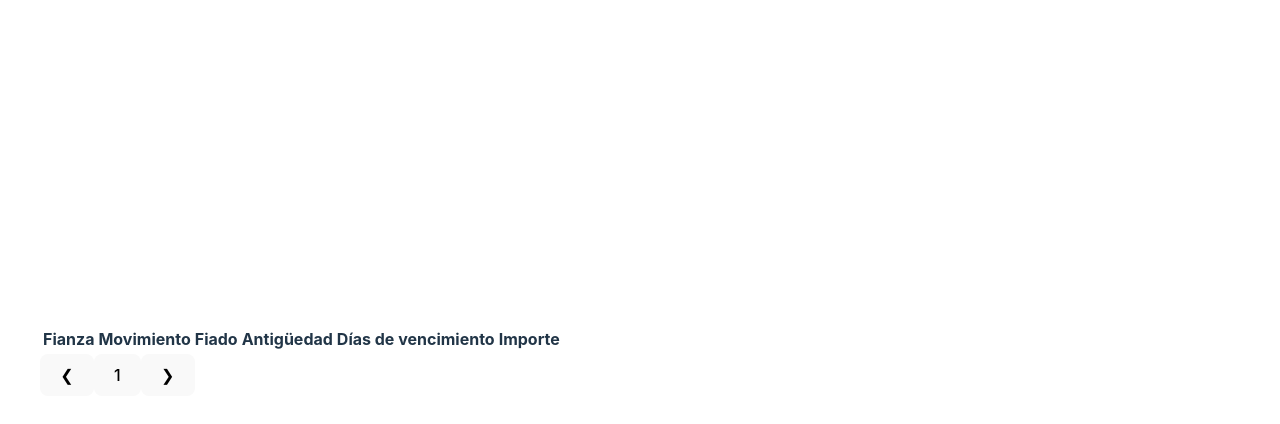
Repository: PCGP22/prueba-t-cnica-liberty-finanzas
Page: / (app in Prueba técnica full-stack/client/)
These files come from the project's save history. The page is drawn as it stood at one moment and after the next save; the edit follows.
The browser window is 1280 px wide. The pictures show the whole page.
The page's requests for data from a server got no answer. The project was rebuilt for these pictures with package versions that can differ from the ones it lists, and the page was loaded fresh each time. No one was signed in, and anything a server would have sent is missing. Also part of the build but not shown: Prueba técnica full-stack/client/vite.config.js.

Above is the page before, as saved 2023-11-14 03:44:04.

After the next save:
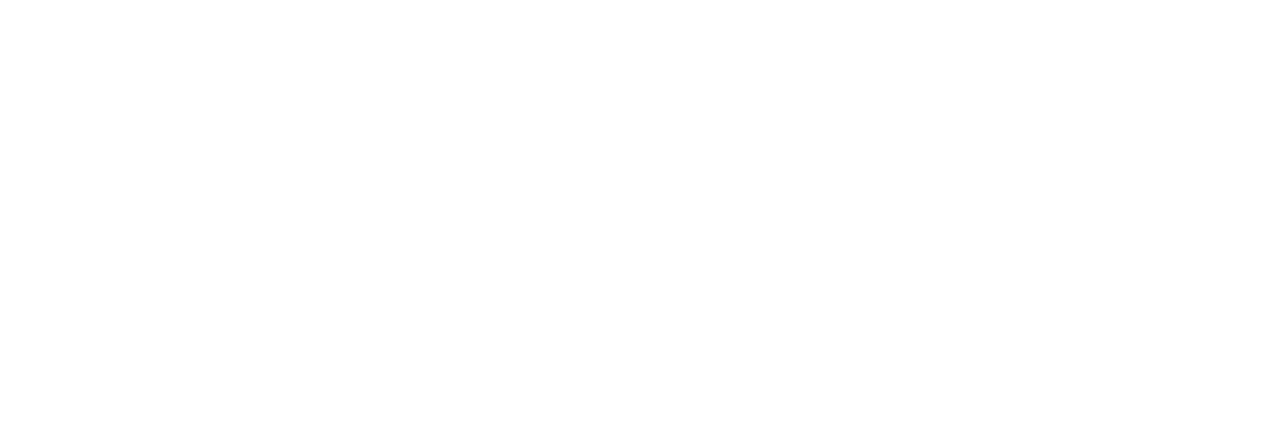
Console error: ReferenceError: Pagination is not defined
Saved 38 s later.
--- a/Prueba técnica full-stack/client/src/App.jsx
+++ b/Prueba técnica full-stack/client/src/App.jsx
@@ -18,7 +18,8 @@
 
   return (
     <dataContext.Provider value={[currentData]}>
-      <TableContainer />
+      <Table data={currentData} />
+      <Pagination />
     </dataContext.Provider>
   );
 }

After the save that followed:
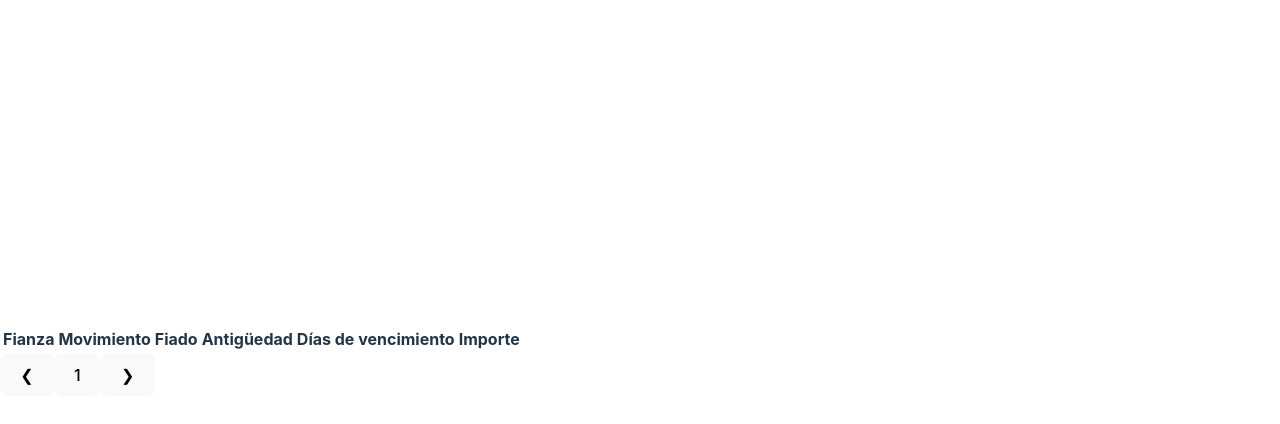
The error is gone.
Saved 11 s later.
--- a/Prueba técnica full-stack/client/src/App.jsx
+++ b/Prueba técnica full-stack/client/src/App.jsx
@@ -5,6 +5,7 @@
 import { useEffect, useLayoutEffect, useState } from "react";
 import usePagination from "./hooks/usePagination";
 import TableContainer from "./containers/tableContainer";
+import Pagination from "./components/pagination";
 
 function App() {
   let url = "http://localhost:5000/primas";
